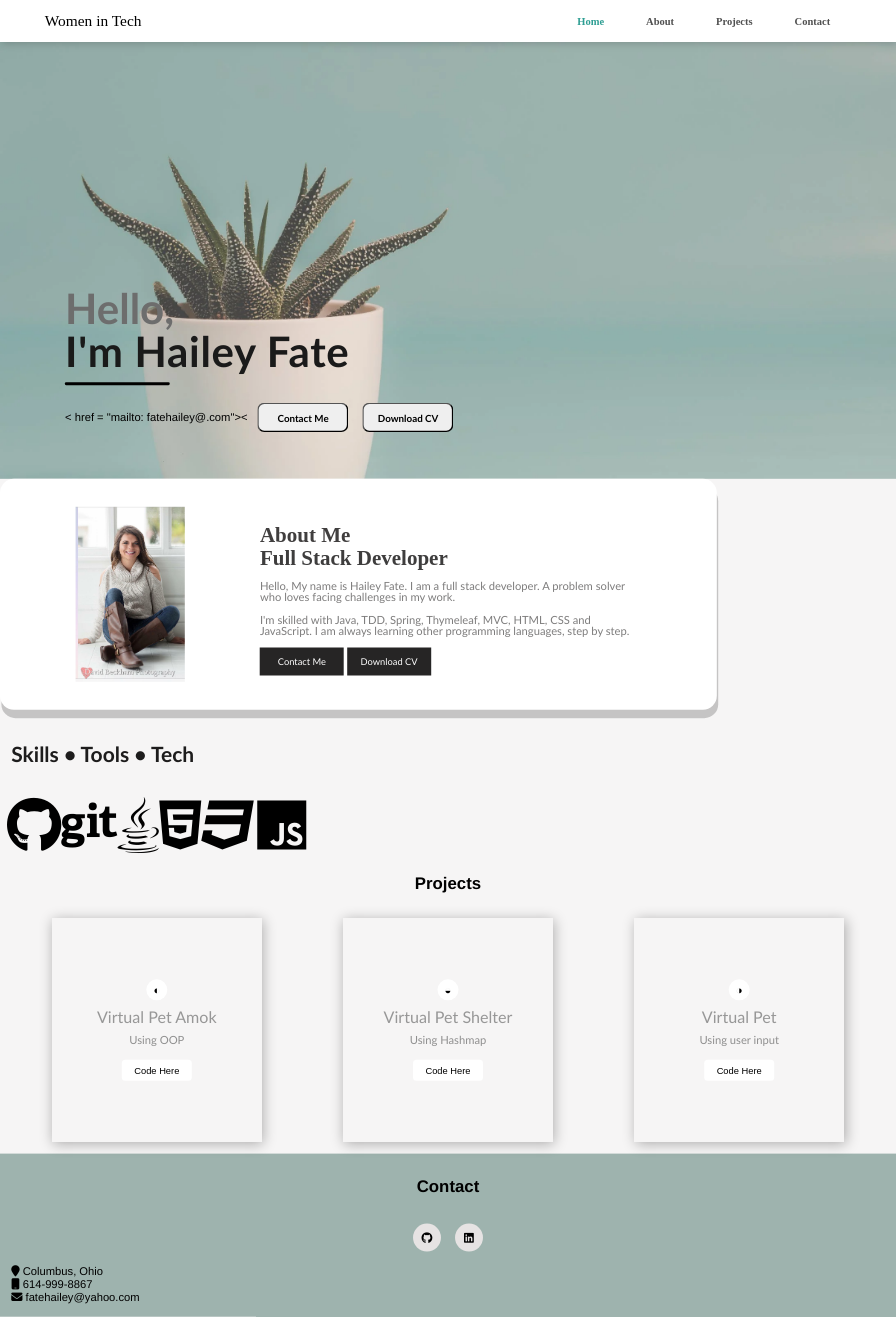
Repository: fatehailey/fatehailey.github.io
Page: index.html
These files come from the project's save history. The page is drawn as it stood at one moment and after the next save; the edit follows.
The browser window is 1280 px wide. The pictures show the whole page, at 70% of full size.
Some web libraries are served in a nearby version.

Above is the page before, as saved 2022-07-25 15:18:52.

### index.html
<!DOCTYPE html>
<html lang="en">

<head>
    <meta charset="UTF-8">
    <meta http-equiv="X-UA-Compatible" content="IE=edge">
    <meta name="viewport" content="width=device-width, initial-scale=1.0">
    <title>Professional Portfolio Website</title>
    <link rel="stylesheet" type="text/css" href="./style.css">
    <script src="https://kit.fontawesome.com/aba5373111.js" crossorigin="anonymous"></script>
</head>
<section>
    <!--------Navbar-->
    <nav>
        <header class="logo"> Women in Tech</header>
        <!--menu-->
        <ul>
            <li><a href="#" class="active">Home</a></li>
            <li><a href="#about">About</a></li>
            <li><a href="#projects">Projects</a></li>
            <li><a href="#contact-form">Contact</a></li>
        </ul>
    </nav>
    <!--text-->
    <div class="text-container">
        <p>Hello,</p>
        <p>I'm Hailey Fate</p>
        <p class="line"></p>
        < href = "mailto: fatehailey@.com"><
        <button id="contact-form">Contact Me</a>
        <a href="Resume -JAVA.pdf">
            <button>Download CV</button>
        </a>

    </div>
</section>
<div class="about-container">
    <!--img-->
    <img src="20638533_10207488042478732_6104525529025967976_n.jpg" />
    <!--about-me-text-->
    <div class="about-text">
        <p id="about">About Me</p>
        <p>Full Stack Developer</p>
        <p>Hello, My name is Hailey Fate. I am a full stack developer. A problem solver who loves facing challenges in
            my work. </p>
        <p>I'm skilled with Java, TDD, Spring, Thymeleaf, MVC, HTML, CSS and JavaScript. I am always learning other
            programming languages, step by step.</p>
        <button id="contacts">Contact Me</button>
        <button onclick="Resume -JAVA.pdf">Download CV</button>
    </div>
</div>

<!--Project-->
<div class="skills">
    <!--text-->
    <div class="skills-text ">
        <p>Skills • Tools • Tech</p>
    </div>
    <div class="column">
        <i class="fa-brands fa-github"></i>
        <i class="fa-brands fa-git"></i>
        <i class="fa-brands fa-java"></i>
        <i class="fa-brands fa-html5"></i>
        <i class="fa-brands fa-css3"></i>
        <i class="fa-brands fa-js"></i>
    </div>
</div>
<h2 id="projects" style="text-align:center">Projects </h2>
<div class="box-container">
    <!--1------------->
    <div class="box-1">
        <span>◐</span>
        <p class="heading">Virtual Pet Amok</p>
        <p class="details">Using OOP</p>
        <a href="https://github.com/2022-April-Java-PT-Classroom/virtual-pet-amok-fatehailey">
            <button>Code Here</button>
        </a>
    </div>
    <!--2------------->
    <div class="box-2">
        <span>◒</span>
        <p class="heading">Virtual Pet Shelter</p>
        <p class="details">Using Hashmap</p>
        <a href="https://github.com/2022-April-Java-PT-Classroom/virtual-pet-shelter-fatehailey">
            <button>Code Here</button>
        </a>
    </div>
    <!--3------------->
    <div class="box-3">
        <span>◑</span>
        <p class="heading">Virtual Pet</p>
        <p class="details">Using user input</p>
        <a href="https://github.com/2022-April-Java-PT-Classroom/virtual-pet-fatehailey">
            <button>Code Here</button>
        </a>
    </div>
</div>
<footer>
    <div class="social-footer">
        <h2 id="contacts" style="text-align:center">Contact</h2>
        <div class="social-icons">
            <a href="https://github.com/fatehailey"><i class="fa-brands fa-github"></i></a>
            <a href="https://www.linkedin.com/in/haileyfate/"><i class="fa-brands fa-linkedin"></i></a>
        </div>
        <div class="place">
            <span class="fa-solid fa-location-pin"></span>
            <span class="text">Columbus, Ohio</span>
        <div class="phone">
            <span class="fa-solid fa-mobile"></span>
            <span class="text">614-999-8867</span>
        </div>
        <div class="email">
            <span class="fa-solid fa-envelope"></span>
            <span class="text">fatehailey@yahoo.com</span>
        </div>

    </div>
</footer>
</body>
</html>

### style.css

body{
    background-color: #f6f5f5;
    margin: 0;
    padding: 0px;
    font-family: 'Franklin Gothic Medium', 'Arial Narrow', Arial, sans-serif;
}
ul{
    list-style: none;
}
a{
    text-decoration: none;
}
section{
    width: 100%;
    height: 95vh;
    background-image: url('pexels-photo-1445416.webp');
    background-repeat: no-repeat;
    background-size: cover;
}
nav{
    display: flex;
    justify-content: space-between;
    align-items: center;
    height: 60px;
    background-color: #FFFFFF;
    box-shadow: 2px 2px 12px rgba(0,0,0,0.2);
    padding: 0px 5%;
}
nav ul{
    display: flex ;
}
nav ul li a{
    margin:30px;
    font-family: myraid pro regular;
    color:#505050;
    font-size: 15px;
    font-weight: 700;
}
.logo{
    font-family: RoadTest;
    color: #000000;
    font-size: 22px;
}
.active{
   font-weight:bold;
   color: #2e9e93;
}
.text-container p:nth-child(1){
    font-family: calibri;
    font-weight: bold;
    color: #6d6d6d;
    font-size: 60px;
    padding-bottom: 1rem;
}
.text-container p:nth-child(2){
    font-family: calibri;
    font-weight: bold;
    letter-spacing: 1px;
    color: #1a1a1a;
    font-size: 60px;
}
.text-container p:nth-child(3){
    font-family: myrid pro regular;
    color: #403e3e;
    font-size: 30px;
    line-height: 30px;
}
.text-container p{
    line-height: 0px;
    margin: 45px 0px 25px;
}
.line{
    width: 150px;
    height: 4px;
    background: #000000;
    margin: 10px auto;
    border-radius: 5px;
}
.text-container{
    position: absolute;
    left: 13%;
    top:42%;
    transform: translate(-13%, 42%);
}
.text-container button{
    width:130px;
    height: 42px;
    border-radius: 10px;
    font-family: calibri;
    font-weight: bold;
    font-size: 14px;
    outline:none;
    margin:0px 10px;
}
.abtme{
    border:2px solid #373636;
    color: #373636;
}
.down-cv{
    background-color: #0b0b0b;
    color: #FFFFFF;
    border: none;
}
button:active{
    transform:scale(1.1);
}

.about-container{
    width: 80%;
    height:330px;
    background-color: #ffffff;
    border-radius: 20px;
    box-shadow: 2px 12px rgba(0,0,0,0.2);
    display:flex;
    position: relative;
    justify-content: space-evenly;
    align-items: center;
}
.about-container img{
    height: 250px;
    margin-left: 5px;
}

.about-text{
    width: 550px;
    margin-left: 5px;;

}
.about-text p:nth-child(1){
    color: #403e3e;
    font-family: myriad pro;
    font-weight: bold;
    font-size: 30px;
    line-height: 0px;
}
.about-text p:nth-child(2){
    color: #3e3d3d;
    font-size: 30px;
    font-family: myriad pro;
    font-weight: bold;
    line-height: 5px;
}
.about-text p:nth-child(3),
.about-text p:nth-child(4){
    color: #7e7d7d;
    font-size: 20pxpx;
    font-family: calibri;
    line-height: 16px;
}
.about-text button{
    width:120px;
    height:40px;
    color: #FFFFFF;
    outline: none;
    border:none;
    font-family: calibri;
    background-color: #262525;
}
.skills-text p:nth-child(1){
	font-family: calibri;
	font-weight:bold;
	color:#1d1c1c;
	font-size:30px;
	line-height:0px;
}
.skills-text{
    padding-top: 2rem;
    padding-bottom: 2rem;
    padding-left: 1rem;;
	width: 500px;
    display: flex;
}
.column
{
    flex: 50%;
    padding: 0 10px 10px;
    display: flex;
    flex-flow: row wrap;
    margin-bottom: 15px;
    font-size: 5rem;
}
.column img
{
    float: left;
    width:  100px;
    height: 100px;
    object-fit: cover;
}
.box-container{
	display:flex;
	justify-content: space-around;
    padding: 1rem;
}
.box-1,.box-2,.box-3{
	width: 300px;
	height:320px;
	background-repeat: no-repeat;
	background-size: cover;
	box-shadow:2px 2px 18px rgba(0,0,0,0.3);
	align-items: center;
	justify-content: center;
	display: flex;
	flex-direction: column;
	margin: 0px 20px;
}
.box-1 span,
.box-2 span,
.box-3 span{
	width:30px;
	height:30px;
	border-radius:50%;
	background-color:#ffffff;
	display: flex;
	justify-content: center;
	align-items:center;
	font-family: calibri;
	font-weight: bold;
}
.box-1 p:nth-child(2),
.box-2 p:nth-child(2),
.box-3 p:nth-child(2){
	color:#979797;
	font-family: calibri;
	font-size: 23px;
	line-height:0px;

}
.box-1 p:nth-child(3),
.box-2 p:nth-child(3),
.box-3 p:nth-child(3){
	font-family: calibri;
	color:#8F8F8F;
	text-align:center;
	width: 230px;
	margin:0px 0px 20px 0px;

}
.box-1 button,
.box-2 button,
.box-3 button{
	width:100px;
	height:30px;
	background-color:#FFFFFF;
	border:none;
	outline: none;
	border-radius:5px;
}
footer{
    background-color: #9eb3ae;
    height: 220px;
    width: 100%;
    min-height: 5rem;
    margin: auto;
    padding-top: 1%;
}
.place{
    padding-left: 1rem;

}

.social-icons a{
    width:40px;
    height:40px;
    display: flex;
    justify-content: center;
    align-items: center;
    background-color:#e6e3e3;
    margin:20px 10px;
    border-radius:50%;
}
.social-icons{
    display: flex;
    justify-content: center;
}

.social-icons i,.social i{
    color:#000000;
}
.social-icons a:hover{
    background-color:#000000;
    box-shadow:2px 2px 12px rgba(0,0,0,0.2);
    transition:all ease 0.5s;
}
.social-icons a:hover i,
.social a:hover i{
    color:#FFFFFF;
    transition:all ease 0.5s;
}

After the next save:
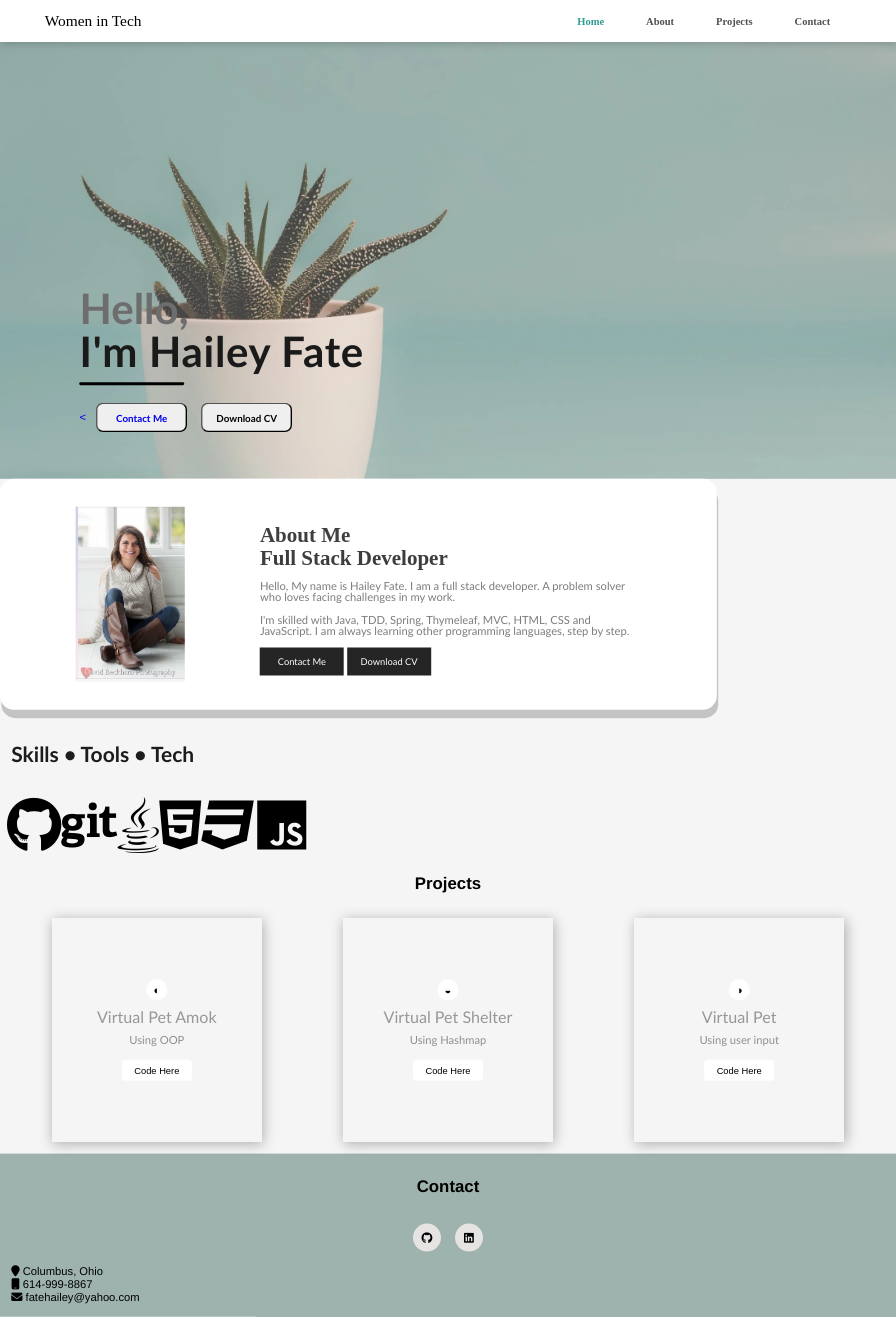
Saved 5 s later.
--- a/index.html
+++ b/index.html
@@ -26,7 +26,7 @@
         <p>Hello,</p>
         <p>I'm Hailey Fate</p>
         <p class="line"></p>
-        < href = "mailto: fatehailey@.com"><
+        <a href = "mailto: fatehailey@.com"><
         <button id="contact-form">Contact Me</a>
         <a href="Resume -JAVA.pdf">
             <button>Download CV</button>
